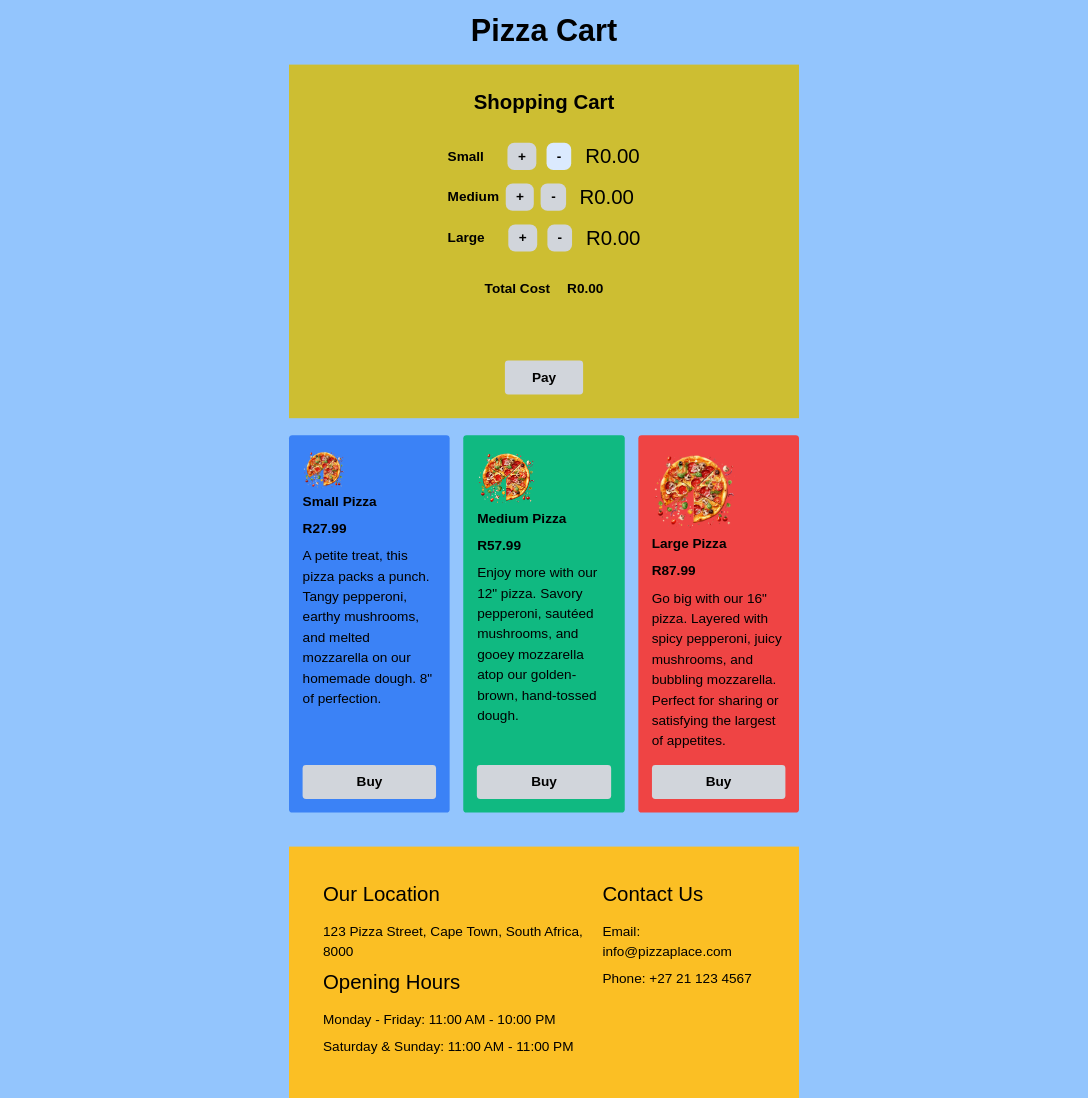
Repository: lasity34/pizza_cart
Page: index.html
The author's editor kept a copy of each file at every save. The page is drawn from the files as they stood at one save, then again after the next save.
The browser window is 1280 px wide. The pictures show the whole page, at 85% of full size.
Some web fonts or font styles are not loaded; a fallback is used. Some web libraries are served in a nearby version.

Above is the page before, as saved 2023-07-12 10:52:53.

After the next save:
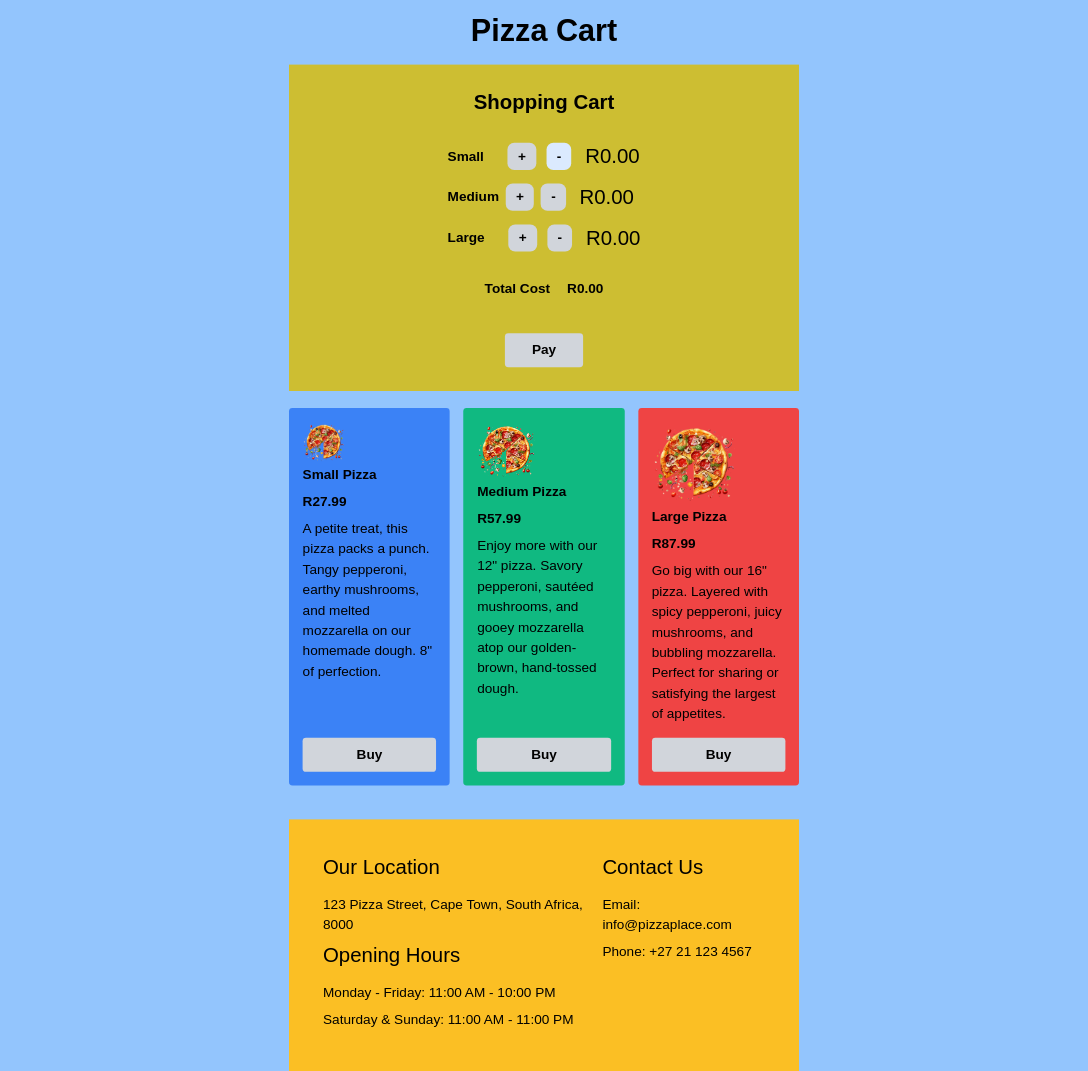
Saved 90 min 9 s later.
--- a/index.html
+++ b/index.html
@@ -95,7 +95,7 @@
           <p class="ml-5 font-bold">R<span x-text="total().toFixed(2)">0.00</span></p>
         </div>
         <div class="mt-4">
-          <p class="text-red-600 font-bold text-lg underline my-3 py-1" x-text="payMessage"></p>
+          <span class="text-red-600 font-bold text-lg underline my-3 py-1" x-html="payMessage"></span>
         </div>
 
         <div class="mt-4" x-show="total() !== 0" x-cloak>
